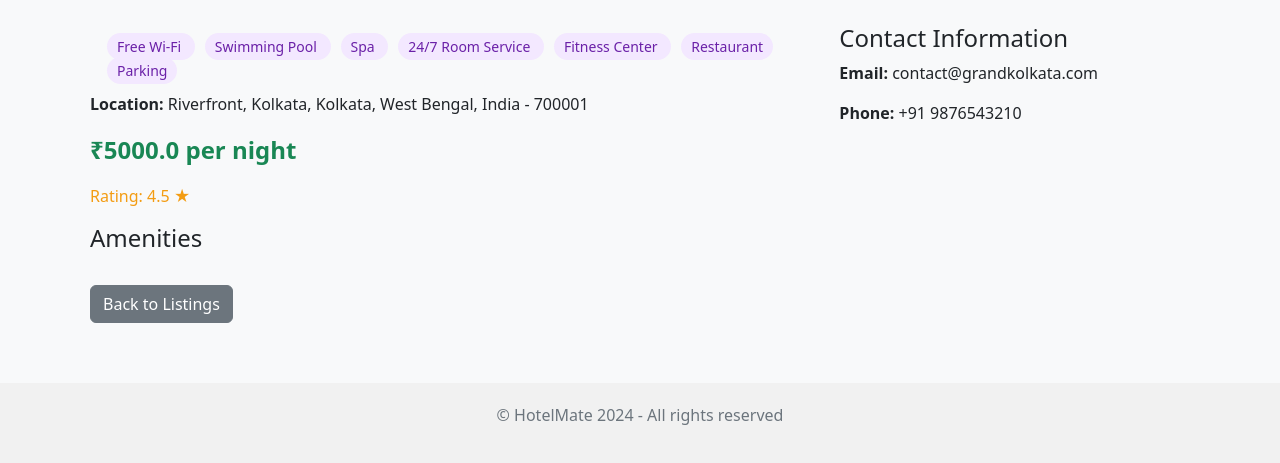
Repository: himanshu2k23/HoteMate
Page: http://localhost/HotelMate/details.jsp
The author's editor kept a copy of each file at every save. The page is drawn from the files as they stood at one save, then again after the next save.
The browser window is 1280 px wide. The pictures show the part of the page from y = 706 to 1189 px (the page is 1169 px tall before and 1189 px after).
The page is served by Tomcat 10. Other server files are loaded and not shown.

Above is the page before, as saved 2025-01-13 19:18:00.

### HotelMate/src/main/webapp/details.jsp
<%@ page contentType="text/html;charset=UTF-8" language="java"%>
<!DOCTYPE html>
<html lang="en">
<head>
<meta charset="UTF-8">
<meta name="viewport" content="width=device-width, initial-scale=1.0">
<title>Hotel Details - HotelMate</title>
<!-- Bootstrap CSS -->
<link
	href="https://cdn.jsdelivr.net/npm/bootstrap@5.3.0/dist/css/bootstrap.min.css"
	rel="stylesheet">
<style>
body {
	background-color: #f8f9fa;
}

.hotel-details-container {
	margin-top: 100px;
	margin-bottom: 40px;
	padding: 20px;
}

.price {
	font-size: 1.5rem;
	font-weight: bold;
	color: #198754;
}

.rating {
	color: #f39c12;
}

.amenities-list {
	margin-left: 2px;
	padding: 10px;
}

.amenities-items {
	white-space: nowrap;
	border-radius: 9999px;
	background-color: #f3e8ff;
	padding: 0.25rem 0.625rem;
	font-size: 0.875rem;
	color: #6b21a8;
	margin: 2px 5px;
}

.amenities-list li {
	margin-bottom: 5px;
}

.carousel-item img {
	height: 500px;
	object-fit: cover;
	border-radius: 15px;
}
</style>
</head>
<body>

	<!-- Navbar -->
	<%@ include file="/Components/navbar.jsp"%>
	<%
	// Sample hotel data
	String name = "The Grand Kolkata";
	String description = "A luxurious five-star hotel offering breathtaking views of the river and world-class amenities.";
	String location = "Riverfront, Kolkata";
	String city = "Kolkata";
	String state = "West Bengal";
	String country = "India";
	String zipCode = "700001";
	double pricePerNight = 5000.0;
	float rating = 4.5f;
	String amenities = "Free Wi-Fi, Swimming Pool, Spa, 24/7 Room Service, Fitness Center, Restaurant, Parking";
	String contactEmail = "contact@grandkolkata.com";
	String contactPhone = "+91 9876543210";
	String images = "https://picsum.photos/400/300?random=1, https://picsum.photos/400/300?random=7, https://picsum.photos/400/300?random=8";

	// Split image URLs into an array
	String[] imageUrls = images.split(",");
	%>

	<div class="container hotel-details-container">
		<h2><%=name%></h2>
		<p><%=description%></p>


		<!-- Carousel for Images -->
		<div id="carousel49" class="carousel slide" data-bs-ride="carousel">
			<div class="carousel-inner">
				<%
				for (int i = 0; i < imageUrls.length; i++) {
					String image = imageUrls[i].trim();
				%>
				<div class="carousel-item <%=(i == 0) ? "active" : ""%>">
					<img src="<%=image%>" class="d-block w-100" alt="<%=name%>">
				</div>
				<%
				}
				%>
			</div>
			<%
			if (imageUrls.length > 1) {
			%>
			<button class="carousel-control-prev" type="button"
				data-bs-target="#carousel49" data-bs-slide="prev">
				<span class="carousel-control-prev-icon" aria-hidden="true"></span>
				<span class="visually-hidden">Previous</span>
			</button>
			<button class="carousel-control-next" type="button"
				data-bs-target="#carousel49" data-bs-slide="next">
				<span class="carousel-control-next-icon" aria-hidden="true"></span>
				<span class="visually-hidden">Next</span>
			</button>
			<%
			}
			%>
		</div>

		<!-- Hotel Information -->
		<div class="row mt-4">

			<div class="col-md-8">
				<div class="amenities-list">
					<%
					String[] amenitiesList = amenities.split(",");
					for (String amenity : amenitiesList) {
						amenity = amenity.trim();
					%>
					<span class="amenities-items"> <%=amenity%>
					</span>
					<%
					}
					%>
				</div>


				<p>
					<strong>Location:</strong>
					<%=location%>,
					<%=city%>,
					<%=state%>,
					<%=country%>
					-
					<%=zipCode%></p>
				<p class="price">
					₹<%=pricePerNight%>
					per night
				</p>
				<p class="rating">
					Rating:
					<%=rating%>
					★
				</p>

				<h4>Amenities</h4>

			</div>

			<div class="col-md-4">
				<h4>Contact Information</h4>
				<p>
					<strong>Email:</strong>
					<%=contactEmail%></p>
				<p>
					<strong>Phone:</strong>
					<%=contactPhone%></p>
			</div>
		</div>

		<a href="hotelList.jsp" class="btn btn-secondary mt-4">Back to
			Listings</a>
	</div>

	<!-- Footer -->
	<%@ include file="/Components/footer.jsp"%>

	<!-- Bootstrap JS (Popper.js included) -->
	<script
		src="https://cdn.jsdelivr.net/npm/@popperjs/core@2.11.7/dist/umd/popper.min.js"></script>
	<script
		src="https://cdn.jsdelivr.net/npm/bootstrap@5.3.0/dist/js/bootstrap.min.js"></script>
</body>
</html>

### HotelMate/src/main/webapp/Components/navbar.jsp
<nav class="navbar navbar-expand-lg"
	style="background-color: #343a40; border-radius: 15px; padding: 10px 20px; box-shadow: 0px 4px 12px rgba(0, 0, 0, 0.2); margin: 10px; position: fixed; top: 0px; width: calc(100% - 20px); z-index: 1000;">
	<div class="container-fluid">
		<!-- Logo and Brand Name -->
		<a class="navbar-brand text-light d-flex align-items-center"
			href="index.jsp"> <img
			src="http://localhost:8080/HotelMate/Images/HotelmateLogo.png"
			alt="Logo" width="80" height="60"
			class="d-inline-block align-text-top"> <span
			class="nav-link text-light active">HotelMate</span>
		</a>

		<!-- Toggler button for smaller screens -->
		<button class="navbar-toggler" type="button" data-bs-toggle="collapse"
			data-bs-target="#navbarNav" aria-controls="navbarNav"
			aria-expanded="false" aria-label="Toggle navigation"
			style="border-color: #f8f9fa;">
			<span class="navbar-toggler-icon" style="color: #f8f9fa;"></span>
		</button>

		<!-- Navbar Links -->
		<div class="collapse navbar-collapse" id="navbarNav">

			<script>
				// Scroll functionality
				function scrollToFeatures(event) {
					event.preventDefault();
					localStorage.setItem('scrollToFeatures', 'true');
					window.location.href = "index.jsp";
				}

				function scrollToContact(event) {
					event.preventDefault();
					localStorage.setItem('scrollToContact', 'true');
					window.location.href = "index.jsp";
				}

				// Logic to dynamically toggle login/logout
				window.addEventListener('DOMContentLoaded', () => {
					const navRight = document.querySelector('.navbar-nav.ms-auto');
					navRight.innerHTML = ''; // Clear the default buttons

					if (localStorage.getItem('HasLoggedIn') === 'true') {
						// Show dropdown if logged in
						navRight.innerHTML = `
							<li class="nav-item dropdown">
							<a class="nav-link dropdown-toggle text-light" href="#" id="userDropdown" role="button"
							data-bs-toggle="dropdown" aria-expanded="false">
							<i class="bi bi-person-circle" style="font-size: 2rem;"></i>
						</a>

								<ul class="dropdown-menu dropdown-menu-end" aria-labelledby="userDropdown">
									<li><a class="dropdown-item" href="mybookings.jsp">My Bookings</a></li>
									<li><hr class="dropdown-divider"></li>
									<li><a class="dropdown-item" href="#" onclick="logout()">Logout</a></li>
								</ul>
							</li>
						`;
					} else {
						// Show login and signup if not logged in
						navRight.innerHTML = `
							<li class="nav-item"><a class="nav-link login-btn" href="login.jsp">Login</a></li>
							<li class="nav-item"><a class="nav-link signup-btn" href="signup.jsp">Sign Up</a></li>
						`;
					}
				});

				// Logout function
				function logout() {
					localStorage.removeItem('HasLoggedIn');
					window.location.href = 'index.jsp';
				}
			</script>

			<ul class="navbar-nav me-auto">
				<li class="nav-item"><a
					class="nav-link text-light active hover-effect" aria-current="page"
					href="index.jsp">Home</a></li>
				<li class="nav-item"><a
					class="nav-link text-light hover-effect" href="#"
					onclick="scrollToFeatures(event)">Features</a></li>
				<li class="nav-item"><a
					class="nav-link text-light hover-effect" href="HotelDataServlet">Hotels</a></li>
				<li class="nav-item"><a
					class="nav-link text-light hover-effect" href="#"
					onclick="scrollToContact(event)">Contact Us</a></li>
			</ul>

			<!-- Login/Sign Up or Account Dropdown -->
			<ul class="navbar-nav ms-auto gap-3"></ul>
		</div>
	</div>
</nav>

<style>
.hover-effect {
	transition: color 0.3s ease, background-color 0.3s ease;
}

.hover-effect:hover {
	color: #97CC04 !important;
}

.login-btn, .signup-btn {
	background-color: #97CC04;
	color: #fff;
	border-radius: 5px;
	padding: 8px 15px;
	transition: background-color 0.3s ease;
}

.login-btn:hover, .signup-btn:hover {
	background-color: #76b302;
	color: #fff;
}
</style>

### HotelMate/src/main/webapp/Components/footer.jsp
<style>
.footer {
	padding: 20px 0;
	background-color: #f1f1f1;
	text-align: center;
}
</style>

<div class='footer' id="footer">
	<p class="text-center text-secondary">© HotelMate 2024 - All
		rights reserved</p>
</div>

After the next save:
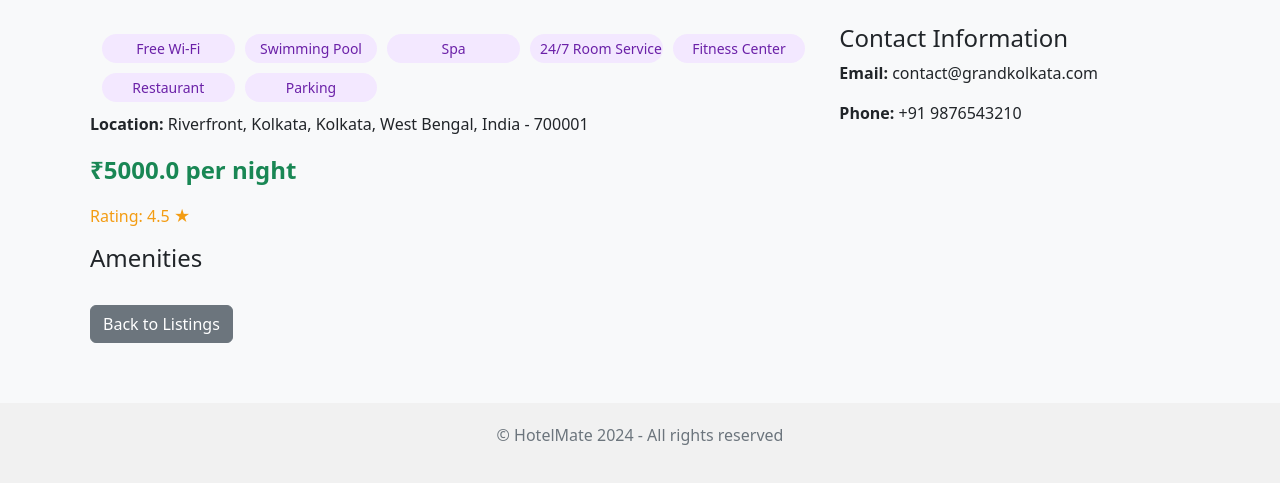
Saved 91 s later.
--- a/HotelMate/src/main/webapp/details.jsp
+++ b/HotelMate/src/main/webapp/details.jsp
@@ -31,6 +31,9 @@ body {
 }
 
 .amenities-list {
+	display: grid;
+	grid-template-columns: repeat(auto-fill, minmax(120px, 1fr));
+	gap: 10px;
 	margin-left: 2px;
 	padding: 10px;
 }
@@ -42,7 +45,7 @@ body {
 	padding: 0.25rem 0.625rem;
 	font-size: 0.875rem;
 	color: #6b21a8;
-	margin: 2px 5px;
+	text-align: center;
 }
 
 .amenities-list li {
